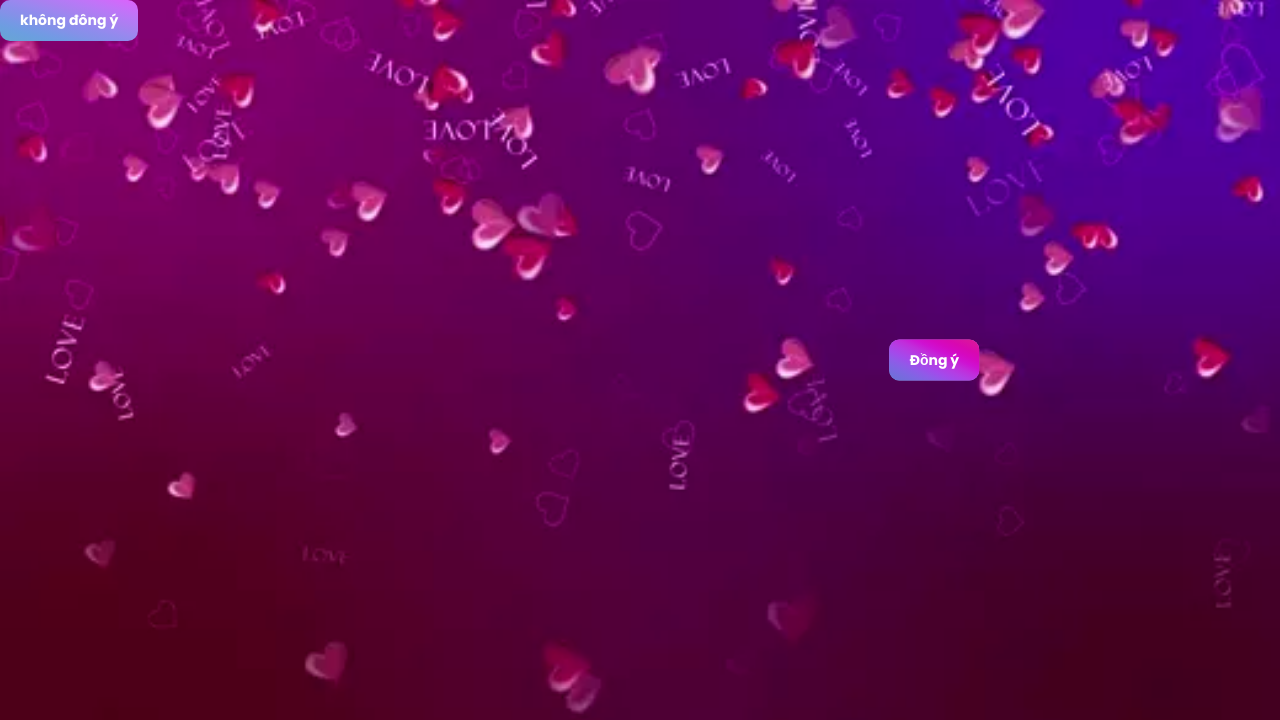
Repository: kuluong2000/love
Page: index.html
These files come from the project's save history. The page is drawn as it stood at one moment and after the next save; the edit follows.
The browser window is 1280 px wide. The pictures show the whole page.
The pointer rests on the first visible `.btn`.

Above is the page before, as saved 2022-06-04 22:05:21.

### index.html
<!DOCTYPE html>
<html lang="en">
  <head>
    <meta charset="UTF-8" />
    <meta http-equiv="X-UA-Compatible" content="IE=edge" />
    <meta name="viewport" content="width=device-width, initial-scale=1.0" />
    <link rel="stylesheet" href="app.css" />
    <title>Document</title>
  </head>
  <body>
    <div class="love">
      <button class="love-success btn">Đồng ý</button>
      <button class="love-fail btn">không đông ý</button>
    </div>
  </body>
</html>

### app.css
@import url("https://fonts.googleapis.com/css2?family=Poppins:ital,wght@0,300;0,400;0,500;0,600;0,700;1,300;1,400;1,500;1,600;1,700&display=swap");
* {
  padding: 0;
  margin: 0;
  box-sizing: border-box;
}
body {
  font-family: "Poppins", sans-serif;
}
.love {
  position: relative;
  width: 100%;
  height: 100vh;
  background: url("./image/bg.webp") no-repeat center / cover;
}
.btn {
  display: inline-block;
  position: absolute;
  border: none;
  outline: none;
  cursor: pointer;
  padding: 10px 20px;
  border-radius: 10px;
  background-image: linear-gradient(to right top, #6ba6d1, #69a2d9, #6c9ee0, #7698e5, #8491e8, #8e8cec, #9b87ef, #a980f0, #b57af5, #c273f8, #d06afa, #df5ffb);
  color: white;
  font-size: 14px;
  font-family: "Poppins", sans-serif;
  font-weight: bold;
  transition: color 0.2s ease;
}

.btn::before {
  content: "";
  position: absolute;
  width: 0%;
  height: 100%;
  top: 0;
  right: 0;
  border-radius: 10px;
  background-color: transparent;
  transition: width 0.2s cubic-bezier(0.29, 0.18, 0.26, 0.83);
}
.btn:hover::before {
  width: 100%;
  left: 0;
  background-image: linear-gradient(to right top, #6b74d1, #736ddb, #8065e3, #905ae8, #a34aeb, #b33ee4, #c12ddb, #ce12d2, #d508c1, #d808b0, #da12a1, #d91d93);
  z-index: -1;
}
.love-success {
  right: 20%;
  top: 50%;
  transform: translate(-50%, -50%);
}

After the next save:
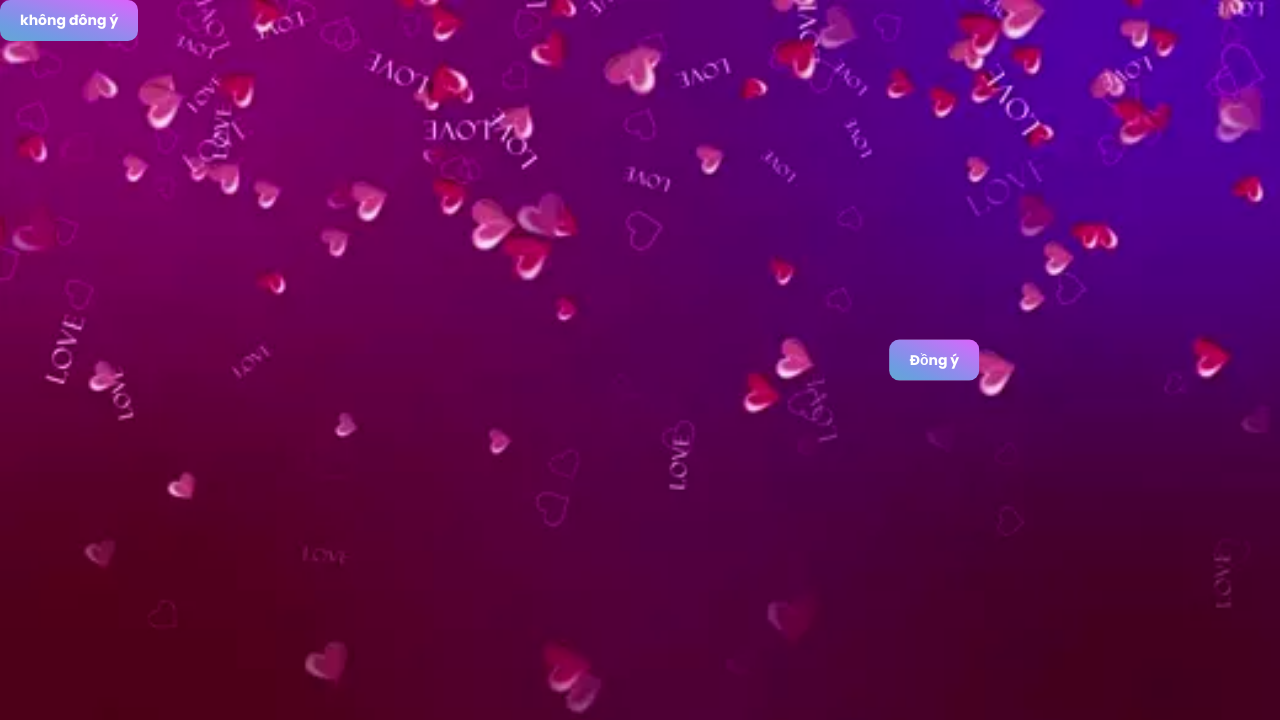
Saved 2 min 50 s later.
--- a/app.css
+++ b/app.css
@@ -41,10 +41,12 @@ body {
   transition: width 0.2s cubic-bezier(0.29, 0.18, 0.26, 0.83);
 }
 .btn:hover::before {
-  width: 100%;
+  /* width: 100%;
   left: 0;
   background-image: linear-gradient(to right top, #6b74d1, #736ddb, #8065e3, #905ae8, #a34aeb, #b33ee4, #c12ddb, #ce12d2, #d508c1, #d808b0, #da12a1, #d91d93);
-  z-index: -1;
+  z-index: -1; */
+  transition: width 0.2s cubic-bezier(0.29, 0.18, 0.26, 0.83);
+  background: #2fffad;
 }
 .love-success {
   right: 20%;
